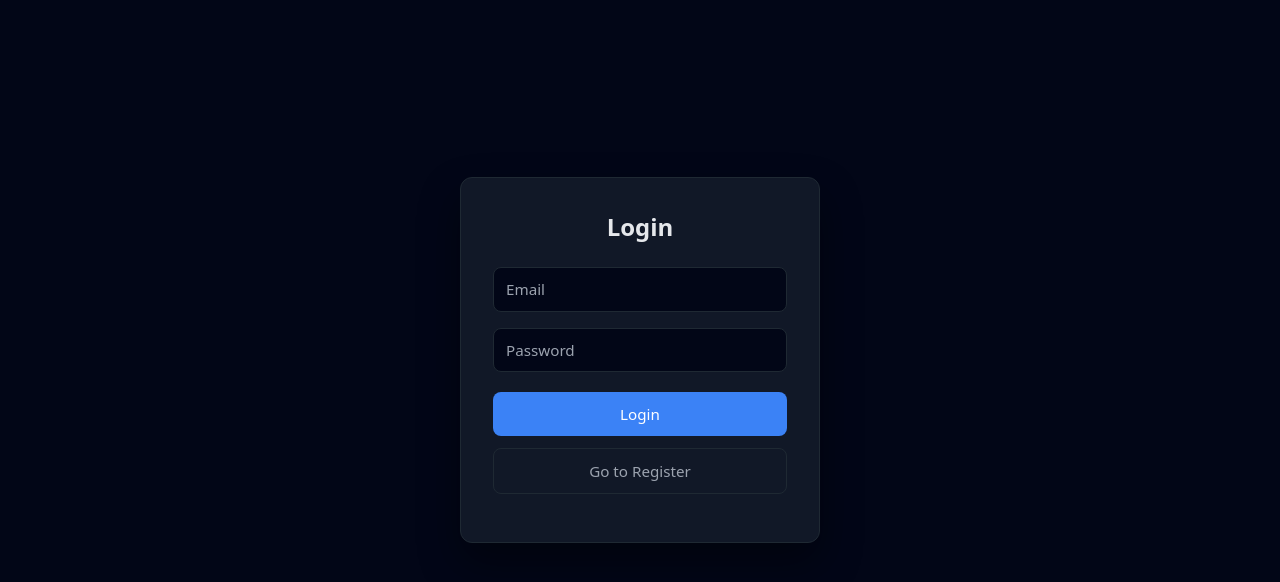
Repository: xqill275/AshChat
Page: public/login.html
These files come from the project's save history. The page is drawn as it stood at one moment and after the next save; the edit follows.
The browser window is 1280 px wide. The pictures show the whole page.

Above is the page before, as saved 2026-02-13 23:16:26.

After the next save:
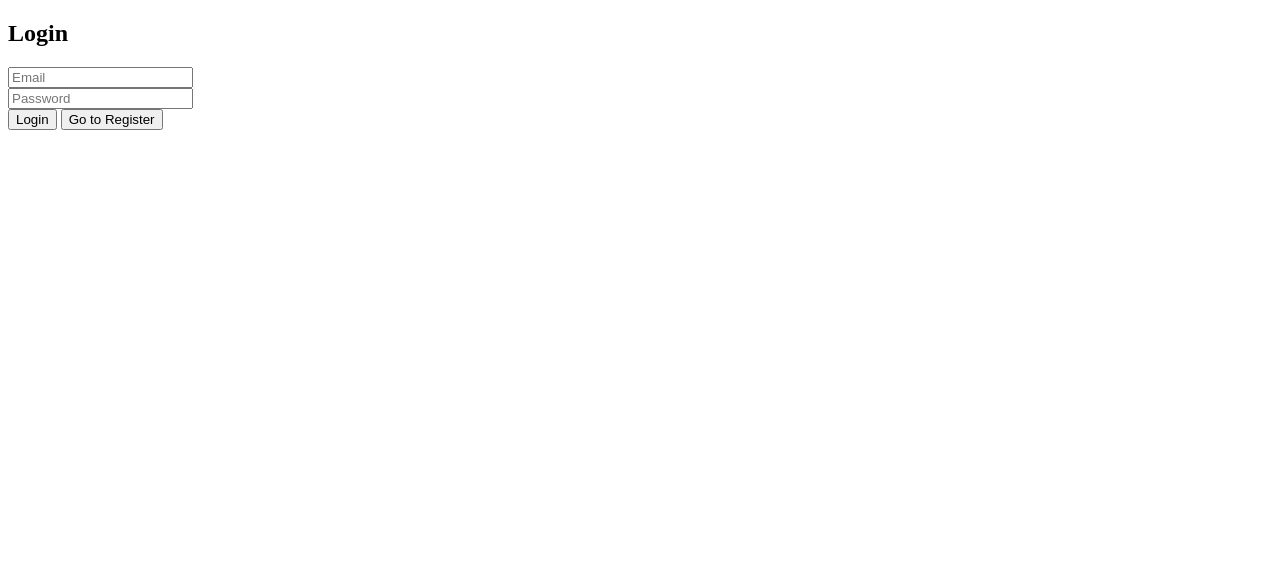
Saved 16 s later.
--- a/public/login.html
+++ b/public/login.html
@@ -4,122 +4,6 @@
     <meta charset="utf-8" />
     <title>Login</title>
     <meta name="viewport" content="width=device-width, initial-scale=1" />
-
-    <style>
-      :root {
-        --bg: #0f172a;
-        --card: #111827;
-        --border: #1f2933;
-        --text: #e5e7eb;
-        --muted: #9ca3af;
-        --accent: #3b82f6;
-        --accent-hover: #2563eb;
-      }
-
-      * {
-        box-sizing: border-box;
-        font-family: system-ui, -apple-system, BlinkMacSystemFont, "Segoe UI",
-          sans-serif;
-      }
-
-      body {
-        margin: 0;
-        min-height: 100vh;
-        background: linear-gradient(135deg, #020617, #020617);
-        display: flex;
-        align-items: center;
-        justify-content: center;
-        color: var(--text);
-      }
-
-      .card {
-        background: var(--card);
-        border: 1px solid var(--border);
-        border-radius: 12px;
-        padding: 2rem;
-        width: 100%;
-        max-width: 360px;
-        box-shadow: 0 20px 40px rgba(0, 0, 0, 0.4);
-      }
-
-      h2 {
-        margin: 0 0 1.5rem;
-        font-size: 1.5rem;
-        text-align: center;
-      }
-
-      .field {
-        margin-bottom: 1rem;
-      }
-
-      input {
-        width: 100%;
-        padding: 0.7rem 0.75rem;
-        border-radius: 8px;
-        border: 1px solid var(--border);
-        background: #020617;
-        color: var(--text);
-        font-size: 0.95rem;
-      }
-
-      input::placeholder {
-        color: var(--muted);
-      }
-
-      input:focus {
-        outline: none;
-        border-color: var(--accent);
-        box-shadow: 0 0 0 2px rgba(59, 130, 246, 0.25);
-      }
-
-      .actions {
-        display: flex;
-        flex-direction: column;
-        gap: 0.75rem;
-        margin-top: 1.25rem;
-      }
-
-      button {
-        padding: 0.75rem;
-        border-radius: 8px;
-        border: none;
-        font-size: 0.95rem;
-        font-weight: 500;
-        cursor: pointer;
-        transition: background 0.15s ease, transform 0.05s ease;
-      }
-
-      #btn {
-        background: var(--accent);
-        color: white;
-      }
-
-      #btn:hover {
-        background: var(--accent-hover);
-      }
-
-      #reg {
-        background: transparent;
-        color: var(--muted);
-        border: 1px solid var(--border);
-      }
-
-      #reg:hover {
-        color: var(--text);
-        border-color: var(--accent);
-      }
-
-      button:active {
-        transform: translateY(1px);
-      }
-
-      pre {
-        margin-top: 1rem;
-        font-size: 0.8rem;
-        color: #f87171;
-        white-space: pre-wrap;
-        word-break: break-word;
-      }
     </style>
   </head>
 
